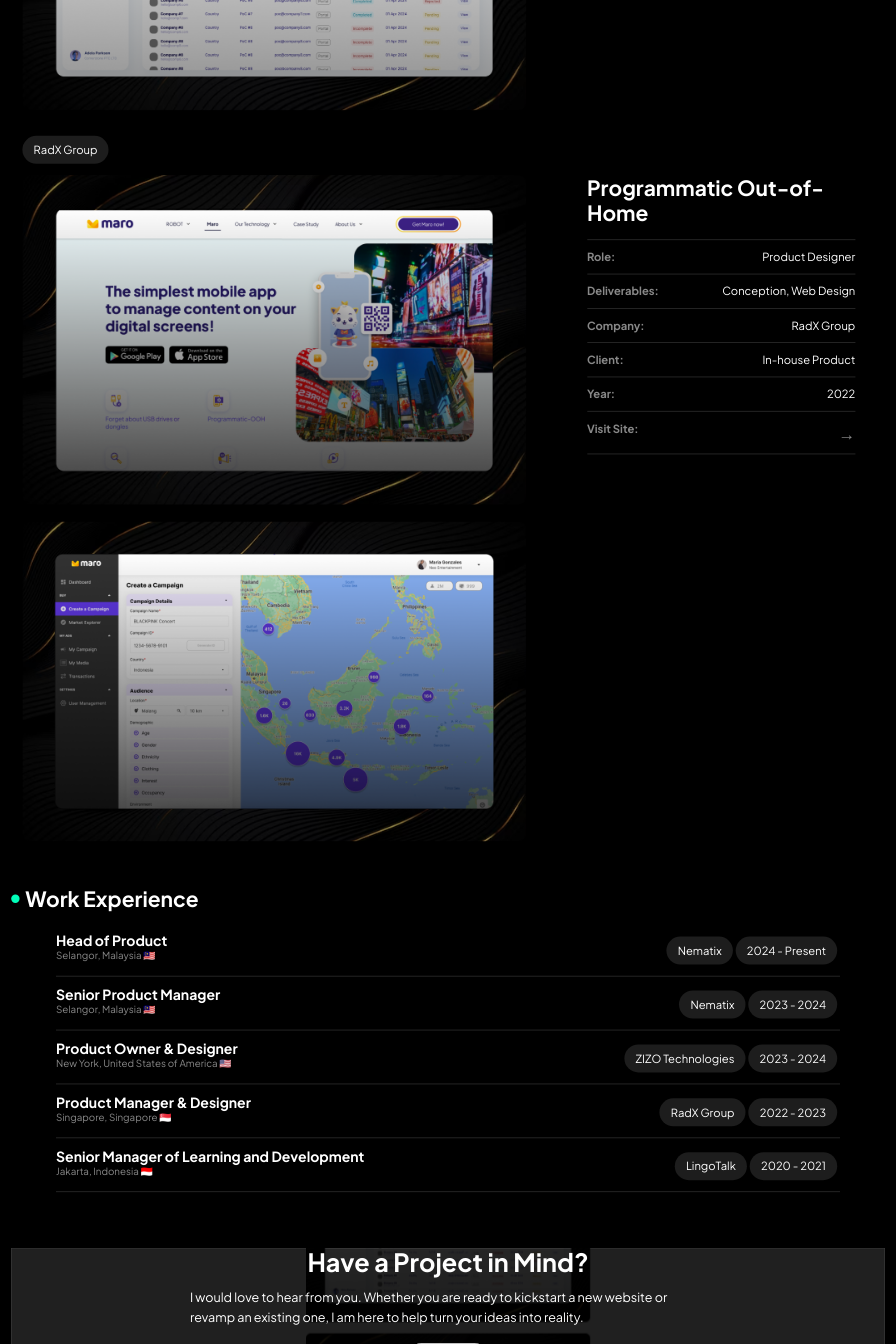
Repository: paskasiregar/paskafolio_v6
Page: /
These files come from the project's save history. The page is drawn as it stood at one moment and after the next save; the edit follows.
The browser window is 1280 px wide. The pictures show the part of the page from y = 4580 to 6500 px (the page is 7049 px tall before and 7109 px after), at 70% of full size.
Pictures or frames that could not be fetched are drawn as grey boxes. The project was rebuilt for these pictures with package versions that can differ from the ones it lists, and the page was loaded fresh each time. The framework's server and built-in components were replaced by stand-ins that run in the browser. Also part of the build but not shown: next.config.mjs.

Above is the page before, as saved 2024-09-06 21:30:02.

### src/app/layout.js
import { Plus_Jakarta_Sans } from "next/font/google"; // Import Plus Jakarta Sans
import localFont from "next/font/local";
import "./globals.css";

// Load Plus Jakarta Sans from Google Fonts
const plusJakartaSans = Plus_Jakarta_Sans({
  weight: ["400", "500", "700"], // Specify weights as needed
  subsets: ["latin"],
});

// Load local fonts: Geist Sans and Geist Mono
const geistSans = localFont({
  src: "./fonts/GeistVF.woff",
  variable: "--font-geist-sans",
  weight: "100 900",
});
const geistMono = localFont({
  src: "./fonts/GeistMonoVF.woff",
  variable: "--font-geist-mono",
  weight: "100 900",
});

export const metadata = {
  title: "🚀 Paska | Portfolio",
  description:
    "Debora Paskarina&apos;s Product Portfolio. Paska is a Head of Product at Nematix Sdn Bhd, Malaysia.",
  icons: {
    icon: "/asset/p-logo.png",
  },
};

export default function RootLayout({ children }) {
  return (
    <html lang="en">
      <body
        className={`${plusJakartaSans.className} ${geistSans.variable} ${geistMono.variable} antialiased`}
      >
        {children}
      </body>
    </html>
  );
}

### src/app/components/header.jsx
import React from "react";
import Link from "next/link";
import Button from "./button";
import { Homemade_Apple } from "next/font/google";

const homemadeApple = Homemade_Apple({
  weight: "400",
  subsets: ["latin"],
});

const Header = () => {
  return (
    <header className="header" style={styles.header}>
      <div style={styles.logo}>
        <Link
          href="/"
          className={homemadeApple.className}
          style={styles.logoText}
        >
          Paska
        </Link>
      </div>
      <div style={styles.contact}>
        <Link href="#email-section">
          <Button />
        </Link>
      </div>
    </header>
  );
};

const styles = {
  header: {
    display: "flex",
    justifyContent: "space-between",
    alignItems: "center",
    padding: "20px",
    backgroundColor: "#000000",
    color: "#fff",
  },
  logo: {
    fontSize: "24px",
    fontWeight: "bold",
  },
  logoText: {
    textDecoration: "none",
    color: "#fff",
  },
  contact: {
    display: "flex",
    fontSize: "20px",
    alignItems: "center",
  },
};

export default Header;

### src/app/components/hero.jsx
"use client"; // Ensures the component is treated as a client-side component
import React from "react";
import NameCard from "./nameCard";
import SecButton from "./secButton";
import { motion } from "framer-motion";

const Hero = () => {
  return (
    <section className="hero-wrapper my-20">
      <div className="hero-content">
        <NameCard
          name="Debora Paskarina"
          status="Available for work"
          avatarUrl="/assets/1.avif"
        />
        <motion.h1
          initial={{ opacity: 0, x: -100 }}
          animate={{ opacity: 1, x: 0 }}
          transition={{ duration: 0.8 }}
          className="hero-title text-4xl font-bold text-white md:text-6xl lg:text-7xl"
        >
          Designing awesome digital experiences, one idea at a time.
        </motion.h1>
        <motion.p
          initial={{ opacity: 0, x: 100 }}
          animate={{ opacity: 1, x: 0 }}
          transition={{ duration: 0.8 }}
          className="hero-subtitle text-lg md:text-xl lg:text-2xl"
        >
          Transforming concepts into sleek, user-friendly digital solutions that
          drive engagement and push innovation forward.
        </motion.p>
        <SecButton text="GET STARTED" />
      </div>
    </section>
  );
};

// You can add additional styling via Tailwind to make it more responsive

export default Hero;

### src/app/components/ticker.jsx
import React from "react";
import "../ticker.css";

const Ticker = () => {
  return (
    <div className="ticker-wrapper">
      <div className="ticker">
        <div className="ticker-item">
          <img src="/assets/ticker/lt.png" alt="LingoTalk" />
        </div>
        <div className="ticker-item">
          <img src="/assets/ticker/nmtx.png" alt="Nematix" />
        </div>
        <div className="ticker-item">
          <img src="/assets/ticker/radx.png" alt="RADX Group" />
        </div>
        <div className="ticker-item">
          <img src="/assets/ticker/rise.png" alt="Rise" />
        </div>
        <div className="ticker-item">
          <img src="/assets/ticker/skvl.png" alt="Skilvul" />
        </div>
        <div className="ticker-item">
          <img src="/assets/ticker/yrp.png" alt="YoRipe" />
        </div>
        <div className="ticker-item">
          <img src="/assets/ticker/zizo.png" alt="ZIZO" />
        </div>

        {/* Duplicate the logos for the smooth ticker effect */}
        <div className="ticker-item">
          <img src="/assets/ticker/lt.png" alt="LingoTalk" />
        </div>
        <div className="ticker-item">
          <img src="/assets/ticker/nmtx.png" alt="Nematix" />
        </div>
        <div className="ticker-item">
          <img src="/assets/ticker/radx.png" alt="RADX Group" />
        </div>
        <div className="ticker-item">
          <img src="/assets/ticker/rise.png" alt="Rise" />
        </div>
        <div className="ticker-item">
          <img src="/assets/ticker/skvl.png" alt="Skilvul" />
        </div>
        <div className="ticker-item">
          <img src="/assets/ticker/yrp.png" alt="YoRipe" />
        </div>
        <div className="ticker-item">
          <img src="/assets/ticker/zizo.png" alt="ZIZO" />
        </div>
      </div>
    </div>
  );
};

export default Ticker;

### src/app/components/skills.jsx
"use client"; // Ensures the component is treated as a client-side component

import React from "react";
import Chip from "./chip";
import { motion } from "framer-motion";
import "../motivation.css"; // Using motivation.css for consistency

const Skills = () => {
  const skills = [
    "Figma",
    "Maze",
    "UI/UX Design",
    "Product Management",
    "Web Development",
    "HTML5",
    "CSS",
    "JavaScript",
    "Tailwind CSS",
    "Git Version Control",
  ];

  // Animation variants for staggering
  const containerVariants = {
    hidden: { opacity: 0 },
    visible: {
      opacity: 1,
      transition: {
        staggerChildren: 0.2, // Delay between each chip's animation
      },
    },
  };

  const chipVariants = {
    hidden: { opacity: 0, y: 20 },
    visible: { opacity: 1, y: 0 },
  };

  return (
    <motion.section
      initial={{ opacity: 0, y: 50 }}
      animate={{ opacity: 1, y: 0 }}
      transition={{ duration: 0.8 }}
      className="motivation-wrapper"
    >
      {/* Using same wrapper as Motivation */}
      <div className="motivation-content max-w-6xl ">
        {/* Same layout as Motivation */}
        {/* Left Section */}
        <motion.div
          initial={{ opacity: 0, x: -50 }}
          animate={{ opacity: 1, x: 0 }}
          transition={{ duration: 0.8 }}
          className="motivation-left mb-4 md:mb-0"
        >
          <div className="motivation-header">
            <div className="green-dot"></div>
            <h2 className="motivation-title text-2xl md:text-4xl lg:text-4xl">
              Skills
            </h2>
          </div>
          <p className="motivation-subtitle text-base md:text-lg lg:text-xl">
            Here, you will find the tools and languages I master. <br />
            From Figma to JavaScript, each skill adds to the mosaic of my
            professional expertise.
          </p>
        </motion.div>

        {/* Right Section */}
        <motion.div
          variants={containerVariants}
          initial="hidden"
          animate="visible"
          className="motivation-right"
        >
          <div className="skills-right mt-6 flex flex-wrap justify-center md:justify-start">
            {skills.map((skill, index) => (
              <motion.div key={index} variants={chipVariants} className="mb-2">
                <Chip label={skill} />
              </motion.div>
            ))}
          </div>
        </motion.div>
      </div>
    </motion.section>
  );
};

export default Skills;

### src/app/components/projects.jsx
import Project from "./project";

const projects = [
  {
    title: "PawPaw Portal",
    role: "Founder",
    deliverables: ["End-to-End Product"],
    company: "PawPaw Portal",
    client: "In-house Product",
    year: "2024",
    link: "https://www.pawpawportal.com/",
    images: [{ src: "/assets/ppp-1.png", alt: "PawPaw Portal" }],
  },

  {
    title: "YPAS Job Portal",
    role: "Head of Product",
    deliverables: ["Branding", "UIUX", "Development"],
    company: "Nematix",
    client: "Yayasan Pahang AS Malaysia",
    year: "2024",
    link: "https://getjob.framer.website/",
    images: [
      { src: "/assets/ypas-1.png", alt: "YPAS GetJob" },
      { src: "/assets/ypas-2.png", alt: "YPAS GetJob" },
    ],
  },

  {
    title: "Equinox: Financial Ecosystem",
    role: "Senior Product Manager",
    deliverables: ["UIUX", "Development"],
    company: "Nematix",
    client: "In-house Product",
    year: "2023",
    link: "https://equinox-platform.framer.website/",
    images: [
      { src: "/assets/eq-1.png", alt: "Equinox" },
      { src: "/assets/eq-2.png", alt: "Equinox" },
      { src: "/assets/eq-3.png", alt: "Equinox" },
    ],
  },

  {
    title: "Programmatic Out-of-Home",
    role: "Product Designer",
    deliverables: ["Conception", "Web Design"],
    company: "RadX Group",
    client: "In-house Product",
    year: "2022",
    link: "#",
    images: [
      { src: "/assets/maro-1.png", alt: "Programmatic Out-of-Home Project" },
      { src: "/assets/maro-2.png", alt: "Campaign Creation Interface" },
    ],
  },
];

const Projects = () => {
  return (
    <div className="mb-8">
      <section className="motivation-wrapper my-8 mx-4">
        {" "}
        {/* Using same wrapper as Motivation */}
        <div className="motivation-content">
          {" "}
          {/* Same layout as Motivation */}
          <div>
            {projects.map((project, index) => (
              <Project key={index} project={project} />
            ))}
          </div>
        </div>
      </section>
    </div>
  );
};

export default Projects;

### src/app/components/experiences.jsx
import React from "react";
import Experience from "./experience";

const Experiences = () => {
  const experienceData = [
    {
      title: "Head of Product",
      location: "Selangor, Malaysia 🇲🇾",
      company: "Nematix",
      timeframe: "2024 - Present",
    },
    {
      title: "Senior Product Manager",
      location: "Selangor, Malaysia 🇲🇾",
      company: "Nematix",
      timeframe: "2023 - 2024",
    },
    {
      title: "Product Owner & Designer",
      location: "New York, United States of America 🇺🇸",
      company: "ZIZO Technologies",
      timeframe: "2023 - 2024",
    },
    {
      title: "Product Manager & Designer",
      location: "Singapore, Singapore 🇸🇬",
      company: "RadX Group",
      timeframe: "2022 - 2023",
    },
    {
      title: "Senior Manager of Learning and Development",
      location: "Jakarta, Indonesia 🇮🇩",
      company: "LingoTalk",
      timeframe: "2020 - 2021",
    },
  ];

  return (
    <section className="experience-wrapper py-4 bg-black text-white">
      <div className="experience-content max-w-6xl mx-auto px-4">
        {/* Experience List */}
        <div className="experience-list">
          {experienceData.map((experience, index) => (
            <Experience
              key={index}
              title={experience.title}
              location={experience.location}
              company={experience.company}
              timeframe={experience.timeframe}
            />
          ))}
        </div>
      </div>
    </section>
  );
};

export default Experiences;

### src/app/components/button.jsx
import React from "react";
import { FaArrowRight } from "react-icons/fa";

const Button = ({ text = "LETS TALK" }) => {
  return (
    <button className="button">
      <span>{text}</span>
      <div className="icon-container">
        <FaArrowRight className="bold-icon" />
      </div>
    </button>
  );
};

export default Button;

### src/app/components/nameCard.jsx
import React from "react";
import GreenDot from "./greenDot";

const NameCard = ({
  name = "Debora Paskarina",
  status = "Available for work",
  avatarUrl = "/assets/1.avif", // Set a default avatar image
}) => {
  return (
    <div style={styles.card}>
      <img src={avatarUrl} alt="Avatar" style={styles.avatar} />{" "}
      {/* Use dynamic avatarUrl */}
      <div>
        <h4 style={styles.name}>{name}</h4>
        <div style={styles.status}>
          <GreenDot />
          <span>{status}</span>
        </div>
      </div>
    </div>
  );
};

const styles = {
  card: {
    display: "flex",
    alignItems: "center",
    marginBottom: "16px",
  },
  avatar: {
    width: "40px",
    height: "40px",
    borderRadius: "50%",
    marginRight: "12px",
  },
  name: {
    margin: 0,
    fontSize: "16px",
    fontWeight: "bold",
    color: "#ffffff",
  },
  status: {
    display: "flex",
    alignItems: "center",
    fontSize: "14px",
    color: "#a0a0a0",
  },
};

export default NameCard;

### src/app/components/secButton.jsx
import React from "react";

const SecButton = ({ text = "LETS TALK" }) => {
  return (
    <button className="secbutton">
      <span>{text}</span>
    </button>
  );
};

export default SecButton;

### src/app/ticker.css
/* Ticker Wrapper */
.ticker-wrapper {
  overflow: hidden; /* Hide overflowing logos */
  width: 100%;
  background-color: #000000; /* Optional background color */
  padding: 20px 0; /* Optional padding */
}

/* Ticker Container */
.ticker {
  display: flex;
  justify-content: start;
  align-items: center;
  gap: 80px; /* Space between logos */
  animation: ticker 40s linear infinite; /* Infinite ticker animation */
}

/* Individual ticker items */
.ticker-item {
  flex: 0 0 auto; /* Prevent logos from shrinking */
}

.ticker-item img {
  width: 160px; /* Adjust size of logos */
  height: auto;
  display: block;
}

/* Ticker Animation */
@keyframes ticker {
  0% {
    transform: translateX(-100%); /* Start from the right */
  }
  100% {
    transform: translateX(100%); /* End on the left */
  }
}

### src/app/motivation.css
/* Motivation Wrapper */
.motivation-wrapper {
  background-color: #000000;
  color: #fff;
}

.motivation-content {
  display: flex;
  justify-content: space-between;
  align-items: flex-start;
  max-width: 1200px;
  margin: 0;
  flex-direction: column;
}

.motivation-left {
  flex: 1;
  max-width: 100%;
  margin-right: 0;
}

.motivation-right {
  flex: 1;
  max-width: 100%;
}

/* Aligning the green dot and title */
.motivation-header {
  display: flex;
  align-items: center;
  margin-bottom: 20px;
}

.motivation-title {
  font-size: 24px;
  font-weight: bold;
  margin-left: 0px;
}

.green-dot {
  display: inline-block;
  width: 12px;
  height: 12px;
  background-color: #00ffb9;
  border-radius: 50%;
}

/* Responsive Tweaks */
@media (min-width: 768px) {

  /* Tablet and above */
  .motivation-content {
    flex-direction: row;
  }

  .motivation-left {
    max-width: 50%;
    margin-right: 40px;
    margin-bottom: 4px;
  }

  .motivation-right {
    max-width: 50%;
  }

  .motivation-title {
    font-size: 28px;
  }
}

@media (min-width: 1024px) {

  /* Desktop and above */
  .motivation-title {
    font-size: 36px;
  }

  .motivation-content {
    justify-content: space-between;
  }
}

### src/app/components/chip.jsx
import React from "react";
import "../chip.css";

const Chip = ({ label }) => {
  return <div className="chip md:text-sm sm:text-sm">{label}</div>;
};

export default Chip;

### src/app/components/project.jsx
import React from "react";
import Image from "next/image";
import Chip from "./chip";
import "../project.css";

const Project = ({ project }) => {
  if (!project) {
    return <p>No project data available</p>; // Fallback if no project is provided
  }

  return (
    <section className="mb-8">
      <div className="project-content max-w-6xl mx-auto mb-8">
        <div className="chip-container flex justify-between mb-4">
          <Chip label={project?.company || "N/A"} className="mb-4" />
        </div>

        <div className="project-grid">
          {/* Left Section - Project Images */}
          <div className="project-images">
            {project?.images?.length > 0 ? (
              project.images.map((image, index) => (
                <div
                  key={index}
                  className={`project-image ${index > 0 ? "mt-6" : ""}`}
                >
                  <Image
                    src={image.src}
                    alt={image.alt}
                    width={720}
                    height={405}
                    className="rounded-md"
                  />
                </div>
              ))
            ) : (
              <p>No images available</p>
            )}
          </div>

          {/* Right Section - Project Information */}
          <div className="project-info">
            <h3 className="text-3xl font-bold mb-2">
              {project?.title || "No title available"}
            </h3>
            <ul className="project-details">
              <li>
                <span>Role:</span> {project?.role || "N/A"}
              </li>
              <li>
                <span>Deliverables:</span>
                <div className="deliverables-container">
                  {project?.deliverables?.join(", ") || "N/A"}
                </div>
              </li>
              <li>
                <span>Company:</span> {project?.company || "N/A"}
              </li>
              <li>
                <span>Client:</span> {project?.client || "N/A"}
              </li>
              <li>
                <span>Year:</span> {project?.year || "N/A"}
              </li>
              <li>
                <span>Visit Site:</span>
                <a href={project?.link || "#"} className="visit-link">
                  <span className="arrow-link">→</span>
                </a>
              </li>
            </ul>
          </div>
        </div>
      </div>
    </section>
  );
};

export default Project;

### src/app/components/experience.jsx
import React from "react";
import Chip from "./chip";

const Experience = ({ title, location, company, timeframe }) => {
  return (
    <div className="experience-item my-4 flex flex-col md:flex-row md:text-md justify-between items-start md:items-start">
      {/* Left Section - Job Title and Location */}
      <div className="experience-details md:text-sm mb-4 md:mb-0 sm:text-sm">
        <h3 className="text-md md:text-sm sm:text-sm font-bold">{title}</h3>
        <p className="text-gray-400">{location}</p>
      </div>

      {/* Right Section - Chips for Company and Timeframe */}
      <div className="experience-meta flex flex-col md:flex-row items-start md:items-start md:text-sm sm:text-sm space-y-2 md:space-y-0 md:space-x-4">
        <div className="flex">
          <Chip label={company} />
          <Chip label={timeframe} />
        </div>
      </div>
    </div>
  );
};

export default Experience;

### src/app/components/greenDot.jsx
import React from "react";

const GreenDot = () => {
  return <div style={styles.dot}></div>;
};

const styles = {
  dot: {
    width: "10px",
    height: "10px",
    backgroundColor: "#00FFB9", // Green color
    borderRadius: "50%",
    display: "inline-block",
    marginRight: "8px",
  },
};

export default GreenDot;

### src/app/chip.css
.chip {
  display: inline-block;
  background-color: #1d1d1d;
  /* Dark background for readability */
  color: #ffffff;
  padding: 10px 16px;
  border-radius: 20px;
  font-size: 16px;
  margin: 4px 4px 0 0;
  /* Adjust spacing between chips */
  white-space: nowrap;
  /* Prevent wrapping of text inside the chip */
  cursor: default;
  transition: background-color 0.3s ease;
}

.chip:hover {
  background-color: #2a2a2a;
  /* Slight hover effect */
}

### src/app/project.css
.project-wrapper {
  background-color: #000000;
  color: #ffffff;
  padding: 20px;
}

.project-content {
  display: flex;
  flex-direction: column;
  max-width: 1200px;
  margin: 0 auto;
}

/* Project header */
.project-header {
  display: flex;
  align-items: center;
}

.green-dot {
  display: inline-block;
  width: 12px;
  height: 12px;
  background-color: #00ffb9;
  border-radius: 50%;
}

/* Project grid for desktop view */
.project-grid {
  display: flex;
  justify-content: space-between;
  gap: 40px;
}

/* For images */
.project-images {
  flex: 2;
}

/* For info section */
.project-info {
  flex: 1;
}

/* List styling */
.project-details {
  list-style: none;
  padding: 0;
  margin-top: 20px;
  border-top: 1px solid #333;
}

.project-details li {
  display: flex;
  justify-content: space-between;
  padding: 12px 0;
  border-bottom: 1px solid #333;
}

.project-details li span {
  font-weight: bold;
  color: #888888;
}

/* Link styling */
.project-details li a {
  color: #00ffb9;
  text-decoration: none;
}

.project-details li a:hover {
  text-decoration: underline;
}

.arrow-link {
  font-size: 24px;
  margin-left: 8px;
  transition: transform 0.2s ease;
}

.visit-link:hover .arrow-link {
  transform: translateX(4px);
}

.deliverables-container {
  max-width: 300px;
  white-space: normal;
  word-wrap: break-word;
  line-height: 1.5;
  text-align: left;
}

/* Responsive Styles */
@media (max-width: 1024px) {
  .project-grid {
    flex-direction: column;
  }

  .project-images,
  .project-info {
    width: 100%;
    max-width: 100%;
  }
}

@media (max-width: 768px) {
  .project-header h2 {
    font-size: 28px;
  }

  .project-info h3 {
    font-size: 20px;
  }

  .project-details li {
    flex-direction: column;
    align-items: flex-start;
  }

  .project-details li span {
    margin-bottom: 8px;
  }
}

@media (max-width: 480px) {
  .project-grid {
    gap: 20px;
  }

  .project-header h2 {
    font-size: 18px;
  }

  .project-info h3 {
    font-size: 18px;
  }
}

Loaded but not shown: tailwind.config.js (common file); src/app/page.js (44 lines, source omitted); src/app/components/footer.jsx (160 lines, source omitted); src/app/globals.css (280 lines, source omitted); src/app/components/motivation.jsx (68 lines, source omitted)

After the next save:
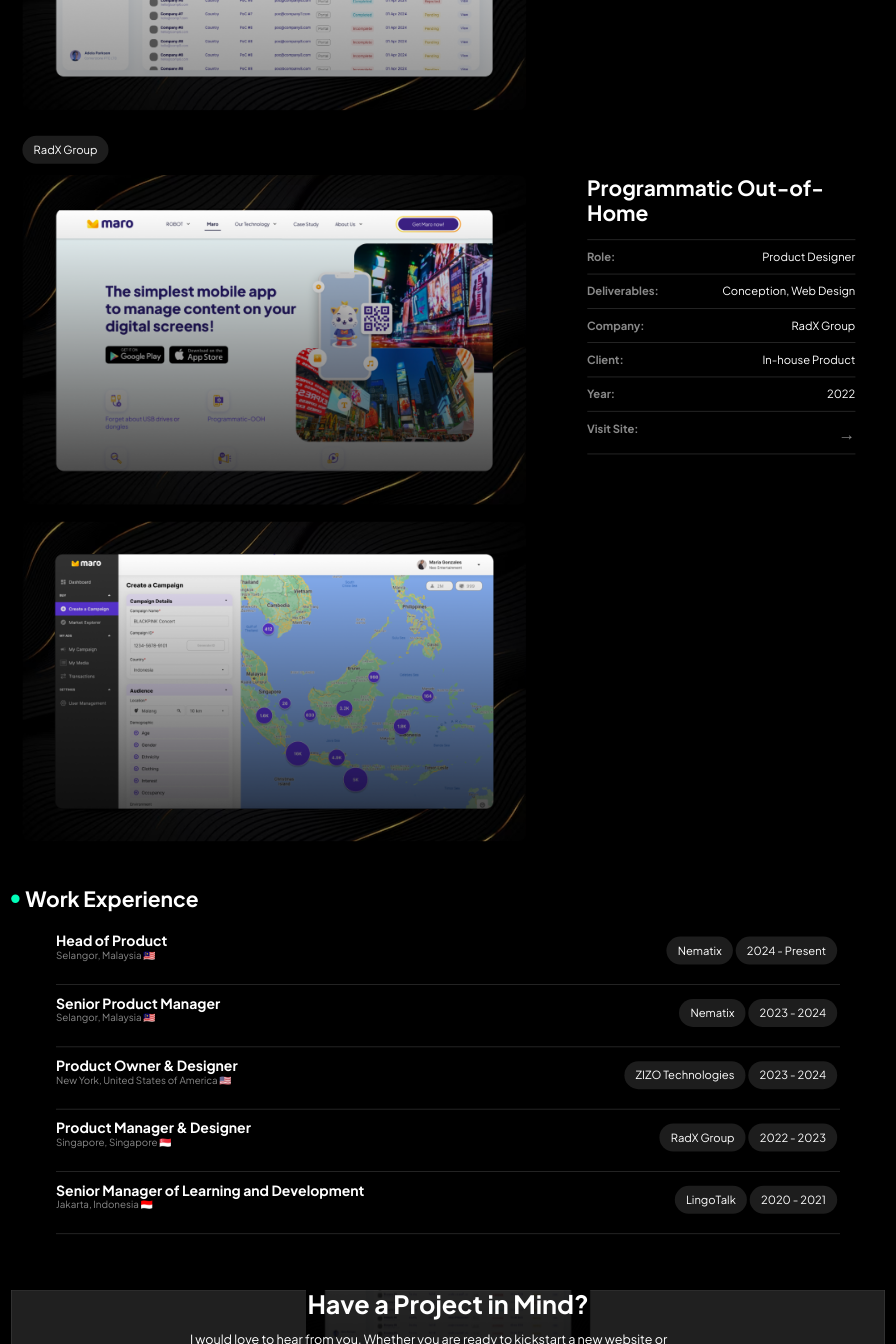
Saved 20 s later.
--- a/src/app/components/experience.jsx
+++ b/src/app/components/experience.jsx
@@ -5,7 +5,7 @@
   return (
     <div className="experience-item my-4 flex flex-col md:flex-row md:text-md justify-between items-start md:items-start">
       {/* Left Section - Job Title and Location */}
-      <div className="experience-details md:text-sm mb-4 md:mb-0 sm:text-sm">
+      <div className="experience-details md:text-sm mb-4 md:mb-4 sm:text-sm">
         <h3 className="text-md md:text-sm sm:text-sm font-bold">{title}</h3>
         <p className="text-gray-400">{location}</p>
       </div>
